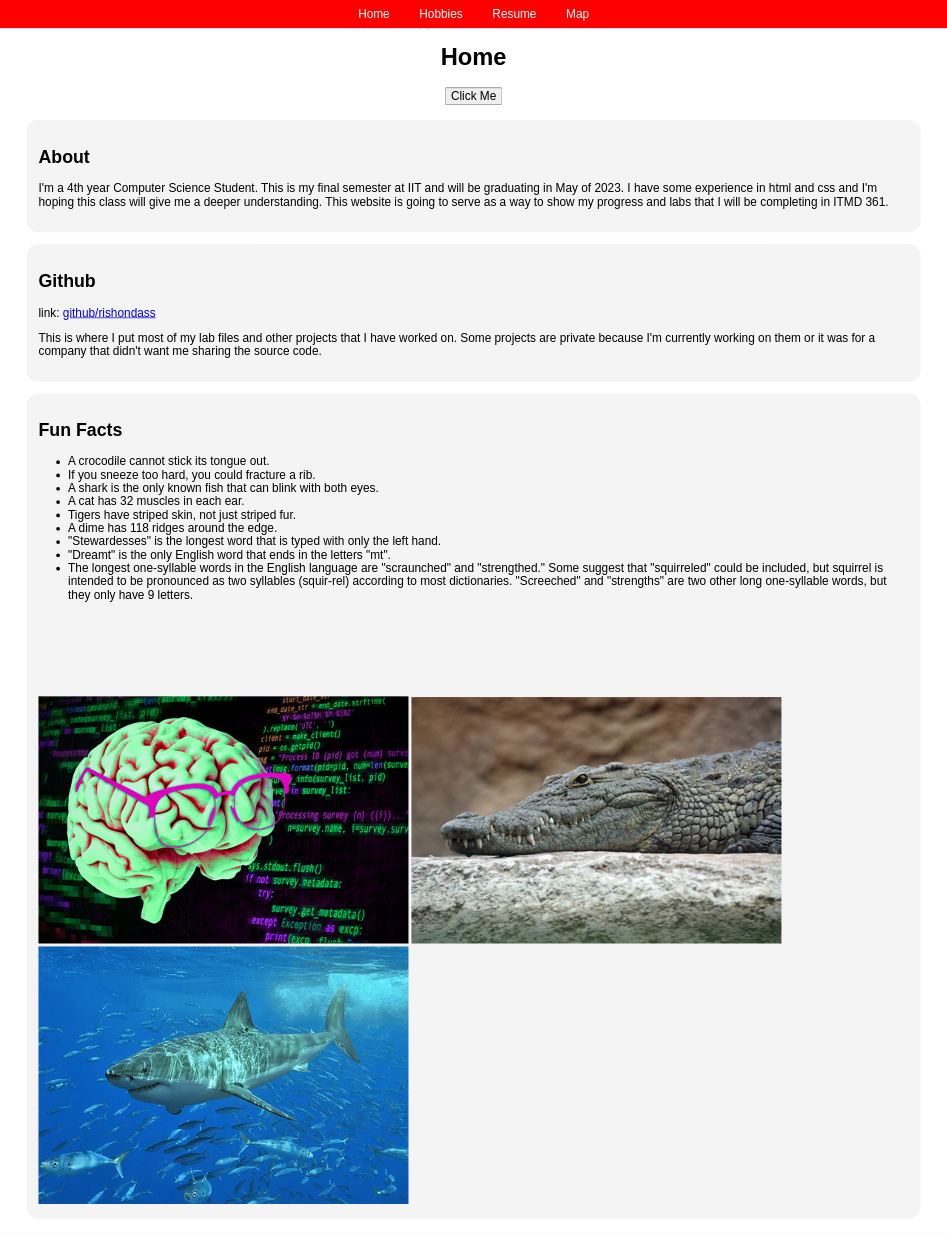
Repository: rishondass/ITMD361-Project3
Page: index.html
These files come from the project's save history. The page is drawn as it stood at one moment and after a run of saves; the edit follows.
The browser window is 1280 px wide. The pictures show the whole page, at 74% of full size.

Above is the page before, as saved 2023-04-28 18:15:25.

After the next 2 saves:
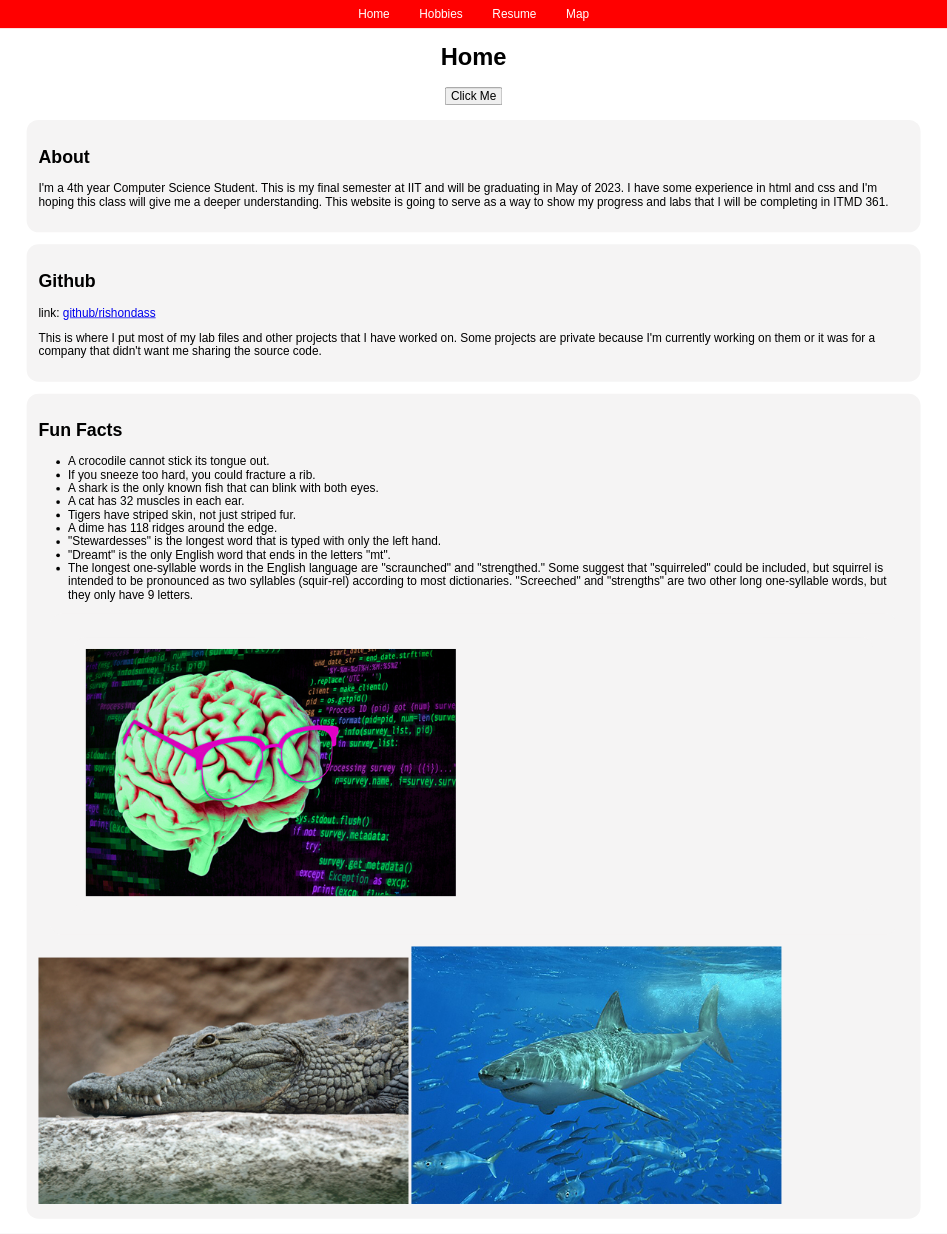
The 2 saves are shown as one change because they came seconds apart.
The last was saved 10 s later.
--- a/index.html
+++ b/index.html
@@ -89,10 +89,10 @@
       </ul>
       <div class="slideshow-container">
         <div class="mySlides fade">
-
+          <img src="images/code.jpg" alt="image_of_code">
         </div>
       </div>
-      <img src="images/code.jpg" alt="image_of_code">
+
       <img src="images/nile_crocodile_head.jpg" alt="image_of_crocodile">
       <img src="images/white_shark.jpg" alt="image_of_shark">
     </div>
